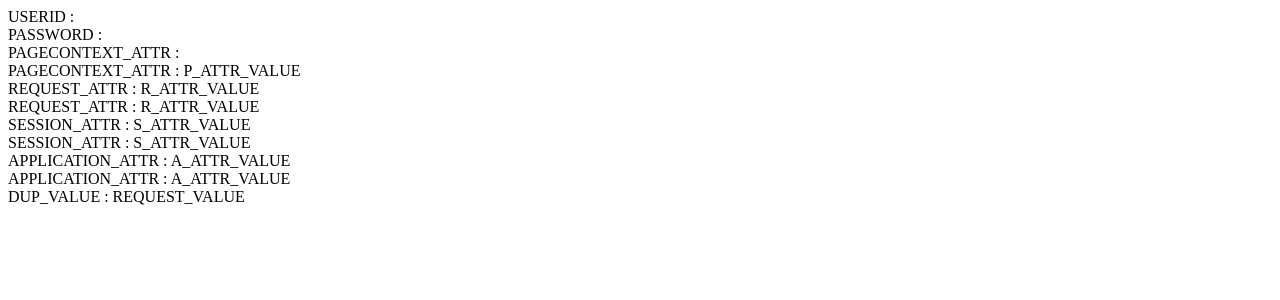
Repository: GotChun/DH_JSP
Page: http://localhost/01_JSP/C08/01EL/02Result.jsp
These files come from the project's save history. The page is drawn as it stood at one moment and after the next save; the edit follows.
The browser window is 1280 px wide. The pictures show the whole page.
The page is served by Tomcat 9. Other server files are loaded and not shown. The template is opened directly, without the code that normally fills it, so the values that code supplies are empty.

Above is the page before, as saved 2024-10-23 07:57:05.

### 01_JSP/src/main/webapp/C08/01EL/02Result.jsp
<%@ page language="java" contentType="text/html; charset=UTF-8"
    pageEncoding="UTF-8"%>

<%--
<%
	String userid = request.getParameter("userid");
	String password = request.getParameter("password");
%>
--%>
<!DOCTYPE html>
<html>
<head>
<meta charset="UTF-8">
<title>Insert title here</title>
</head>
<body>

<%--
USERID 		: <%=userid %><br>
PASSWORD 	: <%=password %><br>
--%>

<%
	pageContext.setAttribute("P_ATTR", "P_ATTR_VALUE");
	request.setAttribute("R_ATTR", "R_ATTR_VALUE");
	session.setAttribute("S_ATTR", "S_ATTR_VALUE");
	application.setAttribute("A_ATTR", "A_ATTR_VALUE");

	//pageContext.setAttribute("DUP", "PAGECONTEXT_VALUE");
	request.setAttribute("DUP", "REQUEST_VALUE");
	session.setAttribute("DUP", "SESSION_VALUE");
	application.setAttribute("DUP", "APPLICATION_VALUE");

%>
<!-- EL PARAM -->
USERID 		:  ${param.userid }	<br>
PASSWORD 	:  ${param.password}<br>

<!-- EL ATTR -->
PAGECONTEXT_ATTR : ${pageContextScope.P_ATTR} <br>
PAGECONTEXT_ATTR : ${P_ATTR} <br>
REQUEST_ATTR : ${requestScope.R_ATTR} <br>
REQUEST_ATTR : ${R_ATTR} <br>
SESSION_ATTR : ${sessionScope.S_ATTR} <br>
SESSION_ATTR : ${S_ATTR} <br>
APPLICATION_ATTR : ${applicationScope.A_ATTR} <br>
APPLICATION_ATTR : ${A_ATTR} <br>

<!-- ATTR 중첩 -->
DUP_VALUE : ${DUP}<br>
</body>
</html>

After the next save:
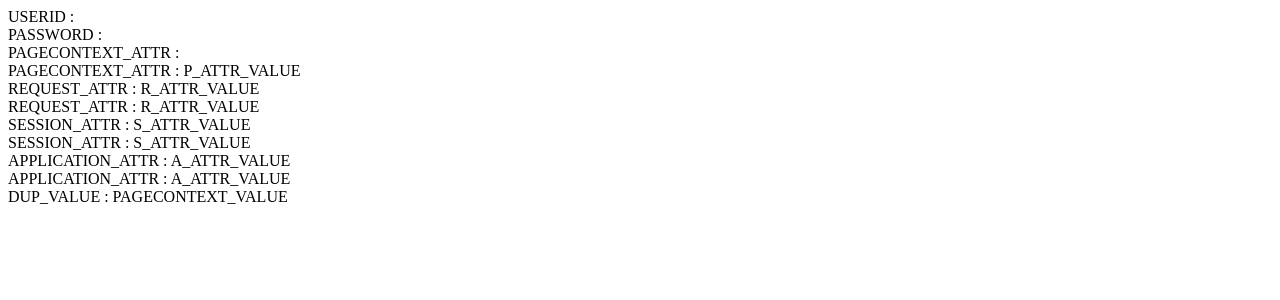
Saved 3 min 34 s later.
--- a/01_JSP/src/main/webapp/C08/01EL/02Result.jsp
+++ b/01_JSP/src/main/webapp/C08/01EL/02Result.jsp
@@ -26,7 +26,7 @@ PASSWORD 	: <%=password %><br>
 	session.setAttribute("S_ATTR", "S_ATTR_VALUE");
 	application.setAttribute("A_ATTR", "A_ATTR_VALUE");
 
-	//pageContext.setAttribute("DUP", "PAGECONTEXT_VALUE");
+	pageContext.setAttribute("DUP", "PAGECONTEXT_VALUE");
 	request.setAttribute("DUP", "REQUEST_VALUE");
 	session.setAttribute("DUP", "SESSION_VALUE");
 	application.setAttribute("DUP", "APPLICATION_VALUE");
